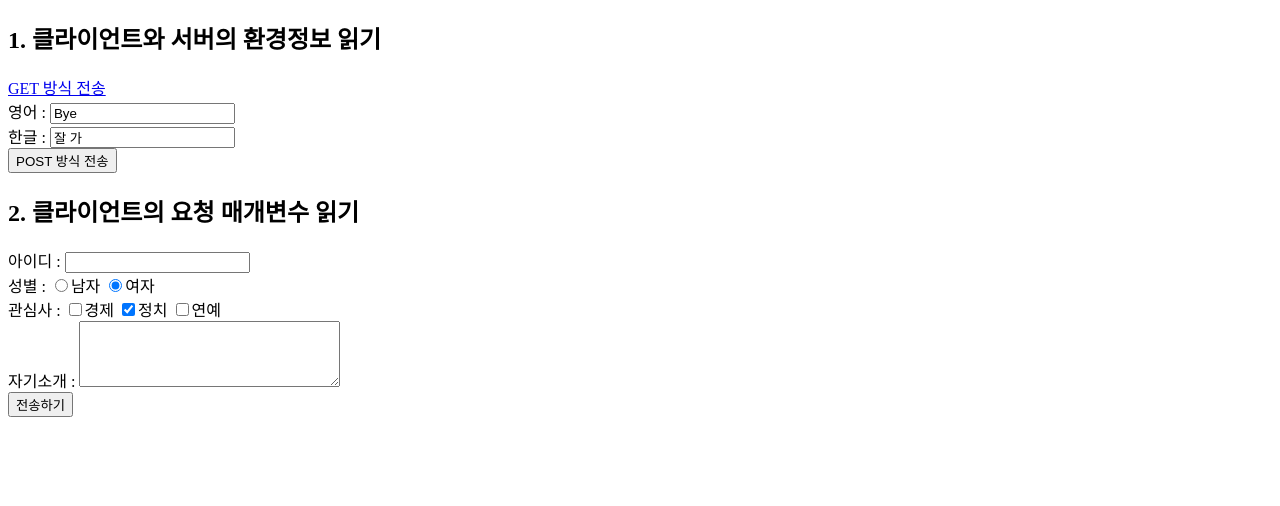
Repository: iamstudybox00/JSP_Servlet
Page: http://localhost/MustHaveJSP/02ImplicitObject/RequestMain.jsp
The author's editor kept a copy of each file at every save. The page is drawn from the files as they stood at one save, then again after the next save.
The browser window is 1280 px wide. The pictures show the whole page.
The page is served by Tomcat 10.

Above is the page before, as saved 2025-05-02 05:53:55.

After the next save:
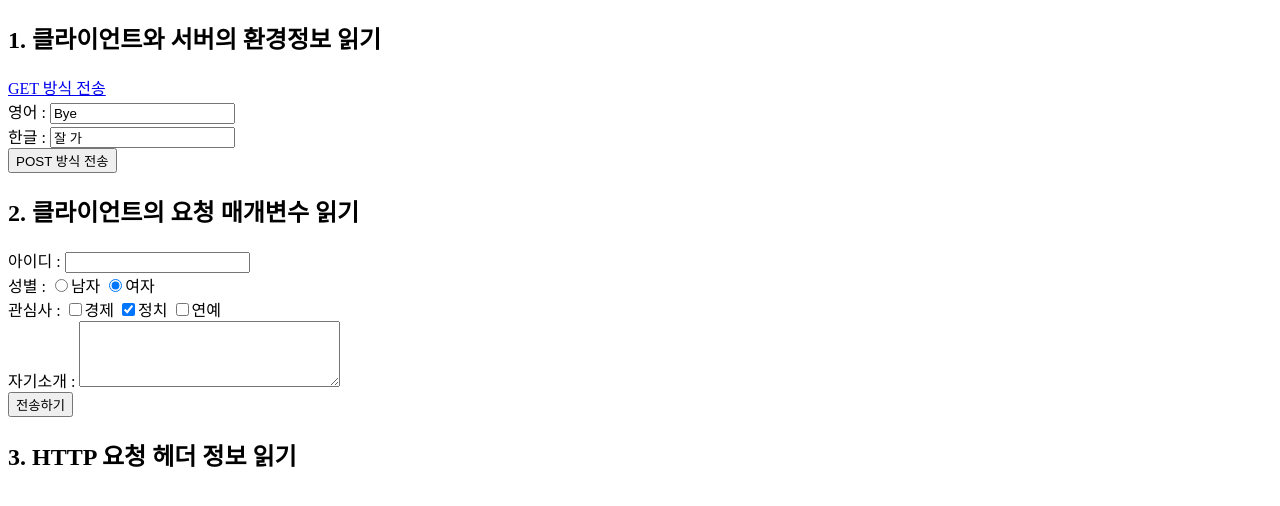
Saved 24 s later.
--- a/MustHaveJSP/src/main/webapp/02ImplicitObject/RequestMain.jsp
+++ b/MustHaveJSP/src/main/webapp/02ImplicitObject/RequestMain.jsp
@@ -34,5 +34,7 @@
 			<br/>
 			<input type="submit" value="전송하기" />
 		</form>
+
+		<h2>3. HTTP 요청 헤더 정보 읽기</h2>
 	</body>
 </html>
